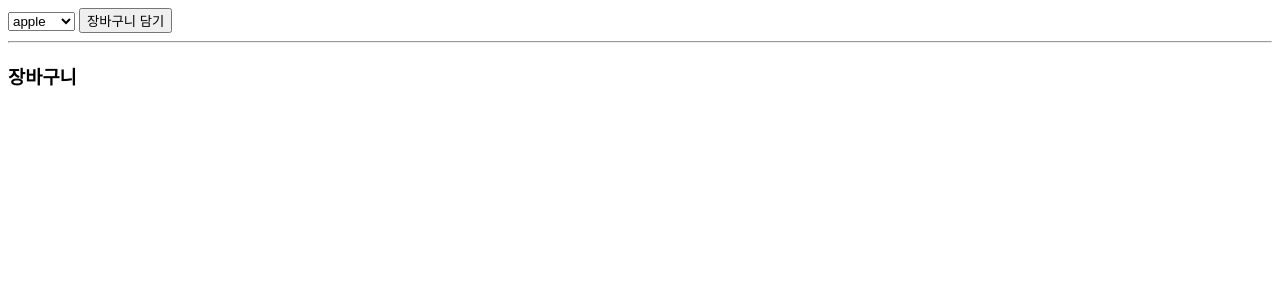
Repository: JJinBBangg/JSP
Page: http://localhost/jsp/ch10/lecture/01session/04cart.jsp
These files come from the project's save history. The page is drawn as it stood at one moment and after the next save; the edit follows.
The browser window is 1280 px wide. The pictures show the whole page.
The page is served by Tomcat 9.

Above is the page before, as saved 2023-03-30 05:52:16.

After the next save:
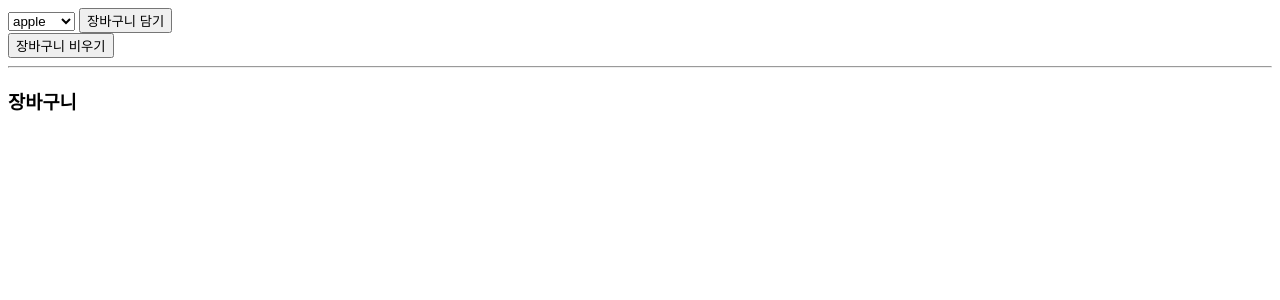
Saved 5 min 13 s later.
--- a/jsp/src/main/webapp/ch10/lecture/01session/04cart.jsp
+++ b/jsp/src/main/webapp/ch10/lecture/01session/04cart.jsp
@@ -18,7 +18,10 @@
 			<option value="water">water</option>
 		</select> <input type="submit" value="장바구니 담기" />
 	</form>
-
+	<form action="">
+		<input type="hidden" name="remove"  value="true"/>
+		<input type="submit" value="장바구니 비우기" />
+	</form>
 	<hr />
 	<h3>장바구니</h3>
 	<%
@@ -35,6 +38,10 @@
 	for (String c : cart) {
 		out.println("<li>"+c+"</li>");
 	}
+	String remove = request.getParameter("remove");
+	if(!(remove == null||remove.isEmpty())){
+		cart.clear();
+	}
 	out.println("</ul>");
 	%>
 
